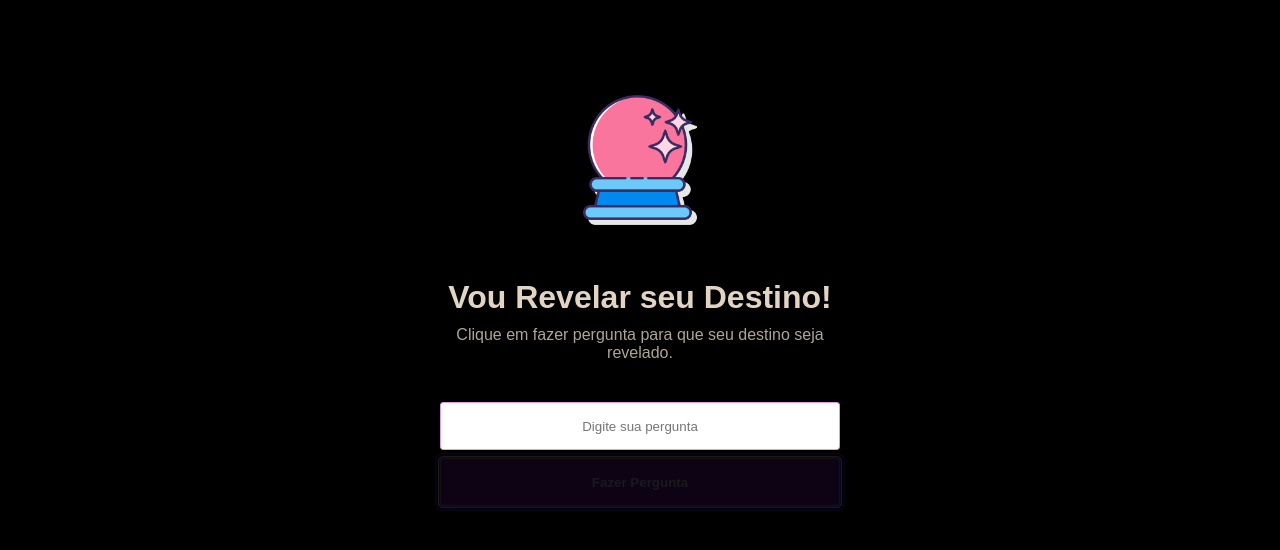
Repository: guilhermecardoso93/nlwexplorer
Page: index.html
These files come from the project's save history. The page is drawn as it stood at one moment and after the next save; the edit follows.
The browser window is 1280 px wide. The pictures show the whole page.
The pointer rests on the first visible `button`.

Above is the page before, as saved 2022-06-09 00:04:38.

After the next save:
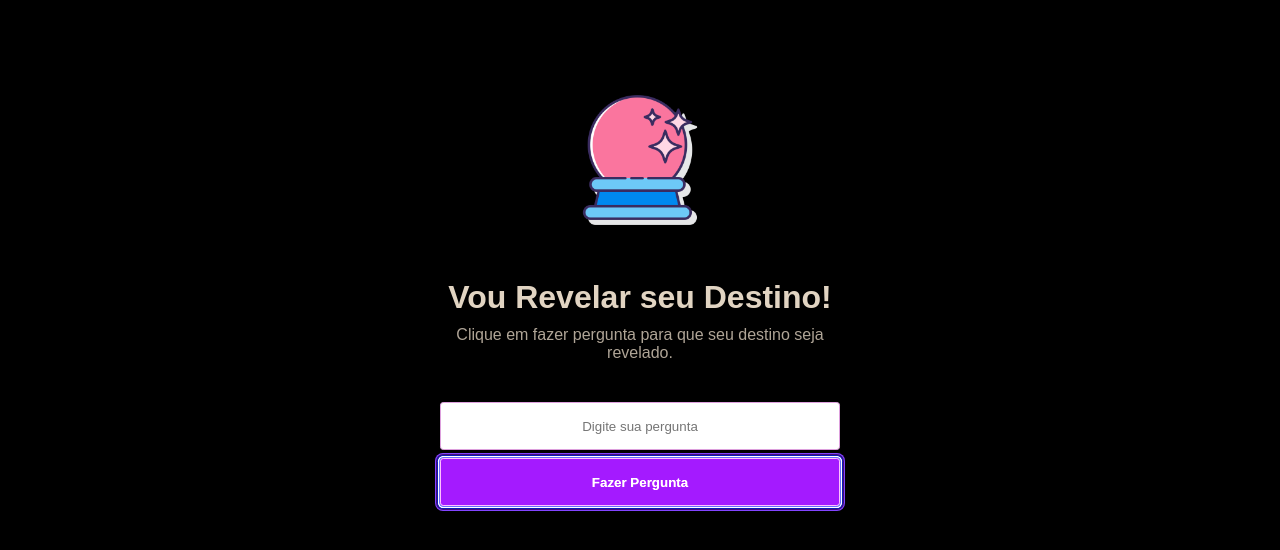
Saved 7 s later.
--- a/styles.css
+++ b/styles.css
@@ -71,7 +71,7 @@
 }
 
 button:hover {
-  filter: brightness(0.1);
+  filter: brightness(1.2);
   box-shadow: rgb(85, 91, 255) 0px 0px 0px 1px,
     rgb(255, 255, 255) 0px 0px 0px 2px, rgb(8, 23, 153) 0px 0px 0px 3px,
     rgb(60, 11, 100) 0px 0px 0px 4px, rgb(108, 57, 228) 0px 0px 0px 5px;
